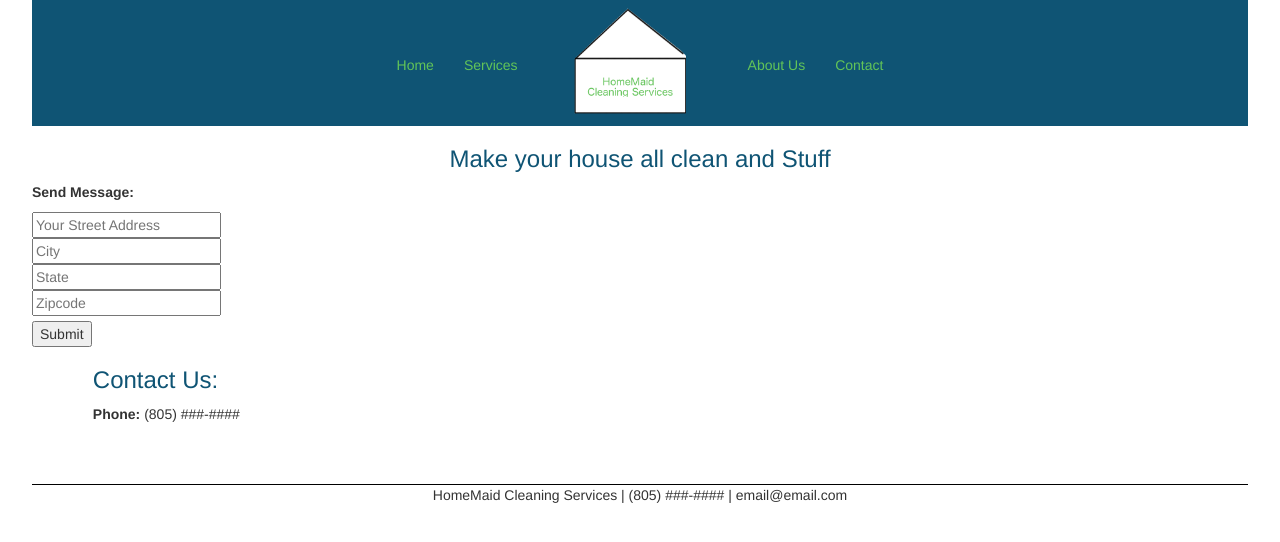
Repository: alprusa/HomeMaid-Cleaning-Service
Page: HomeMaid-Cleaning-Service/contact/index.html
These files come from the project's save history. The page is drawn as it stood at one moment and after the next save; the edit follows.
The browser window is 1280 px wide. The pictures show the whole page.

Above is the page before, as saved 2016-07-11 04:06:33.

### HomeMaid-Cleaning-Service/contact/index.html
<!DOCTYPE html>
<html lang="en">
	<head>
		<meta charset="utf-8">

		<!-- Always force latest IE rendering engine (even in intranet) & Chrome Frame
		Remove this if you use the .htaccess -->
		<meta http-equiv="X-UA-Compatible" content="IE=edge,chrome=1">

		<title>Contact</title>
		<meta name="description" content="">
		<meta name="author" content="Alisa Prusa">

		<meta name="viewport" content="width=device-width; initial-scale=1.0">

		<!-- Replace favicon.ico & apple-touch-icon.png in the root of your domain and delete these references -->
		<link rel="shortcut icon" href="/favicon.ico">
		<link rel="apple-touch-icon" href="/apple-touch-icon.png">

		<link href="../defaultStyle.css" rel="stylesheet" type="text/css">
		<link rel="stylesheet" href="../bootstrap/css/bootstrap.min.css">
	</head>

	<body>
		<div id="mainContainter">
			<!--Navbar html section-->
			<nav class="navbar navbar-static-top" role="navigation">
                <div class="container-fluid">
                	<div class="navbar-header">
                        <!--Button that is created for menu when screen size reaches a certain limit-->
                        <button type="button" class="navbar-toggle" data-toggle="collapse" data-target=".navbar-collapse">
                            <span class="icon-bar"></span>
                            <span class="icon-bar"></span>
                            <span class="icon-bar"></span>
                        </button>
       				 </div>

                    <!--Buttons to go to different pages of the website-->
                    <div class="collapse navbar-collapse" id="navItems">
                        <ul class="nav navbar-nav">
                            <li class="navTabs"><a href="../">Home</a></li>
							<li class="navTabs"><a href="../services/">Services</a></li>
							<li>
								<div class="navbar-header">
                        			<!--Logo image button to go make to main page-->
                       				 <a href="../"><img src="../img/TempLogo.png" class="img-responsive" id="logo"/></a>
                       				 <!--<form action="#">
										 <button type="submit" id="appointment" href="#">Make an Appointment</button>
									 </form>-->
                   				 </div>
	                        </li>
							<li class="navTabs"><a href="../about/">About Us</a></li>
							<li class="navTabs"><a href="../contact/">Contact</a></li>
                        </ul>
                    </div>
                </div>
			</nav>

			<div id="bodyContent">
				<h3 style="text-align: center;">Make your house all clean and Stuff</h3>

				<form>
	 				<p><b>Send Message:</b></p>
					<input type="text" name="StreetAddress" id="StreetAddress" placeholder="Your Street Address" required><br>
					<input type="text" name="City" id="City" placeholder="City" required><br>
					<input type="text" name="State" id="State" placeholder="State" required><br>
					<input type="text" name="Zipcode" id="Zipcode" placeholder="Zipcode" required><br>
					<input id="submitButton" class="gVButton" type="submit" value="Submit" style="margin-top: 5px;" onclick="calcRoute();">
					<p style="color: #E82C0C;" id="errorText" class="hidden">Sorry there was an issue sending your message.</p>
	 			</form>

		        <div class="infoSection">
			        <h3>Contact Us:</h3>
			        <p><b>Phone: </b>(805) ###-####</p>
		        </div>
			</div>

			<footer>
				<p>
					HomeMaid Cleaning Services | (805) ###-#### | email@email.com
				</p>
			</footer>
		</div>

		<script src="../jquery-1.2.0.js"></script>
    	<script src="../bootstrap/js/bootstrap.min.js"></script>
	</body>
</html>

### HomeMaid-Cleaning-Service/defaultStyle.css
#mainContainter{
	width: 95%;
	margin: auto;
}

a{
	color: #62c458 !important;
}

mark{
	color:#62C458 !important;
	background-color: #0F5474 !important;
}

mark:hover{
	color:#0F5474 !important;
	background-color: #62C458 !important;
	text-decoration: underline;
}

h3{
	color: #0f5474 !important;
}

.navbar{
    background-color: #0f5474 !important;
    text-align: center;
    float:center;
}

.navbar .navbar-nav {
  display: inline-block;
  float: none;
  vertical-align: top;
}

.navbar .navbar-collapse {
  text-align: center;
}

.navbar .navbar-toggle .icon-bar{
  background-color: #62c458 !important;
}

.navbar .navbar-toggle{
  border-color: #62c458 !important;
}

/*make it so the logo home page button does not have the hover effect that the other buttons have*/
a:hover,
a:focus{
    text-decoration: underline !important;
	color:#0f5474 !important;
	text-decoration-color:#0f5474 !important;
}

.navTabs{
	padding-top: 40px;
}

#logo{
	margin: auto;
    width:200px;
}

#appointment{
	border-radius:2px;
	background-color: #62C458 !important;
	color:#0f5474 !important;
}

#bodyContent{
	margin: auto;
	float: center;
}

#videoContainer{
	margin: auto;
	float: center;
}

#mainVid{
	margin: auto;
	width: 600px;
	float: center;
}

.infoSection{
	width: 90%;
	margin: auto;
	padding-bottom: 50px;
}

.infoImg{
	width: 200px;
	height: 100px;
	margin: auto;
	border: 2px #62C458 solid;
	margin-top: 5px;
}

footer{
	border-top: 1px black solid;
	text-align: center;
}

@media screen and (orientation:portrait)
{
	.navTabs{
		padding: 0;
	}
}

Loaded but not shown: HomeMaid-Cleaning-Service/bootstrap/css/bootstrap.min.css (library); HomeMaid-Cleaning-Service/jquery-1.2.0.js (library); HomeMaid-Cleaning-Service/bootstrap/js/bootstrap.min.js (library)

After the next save:
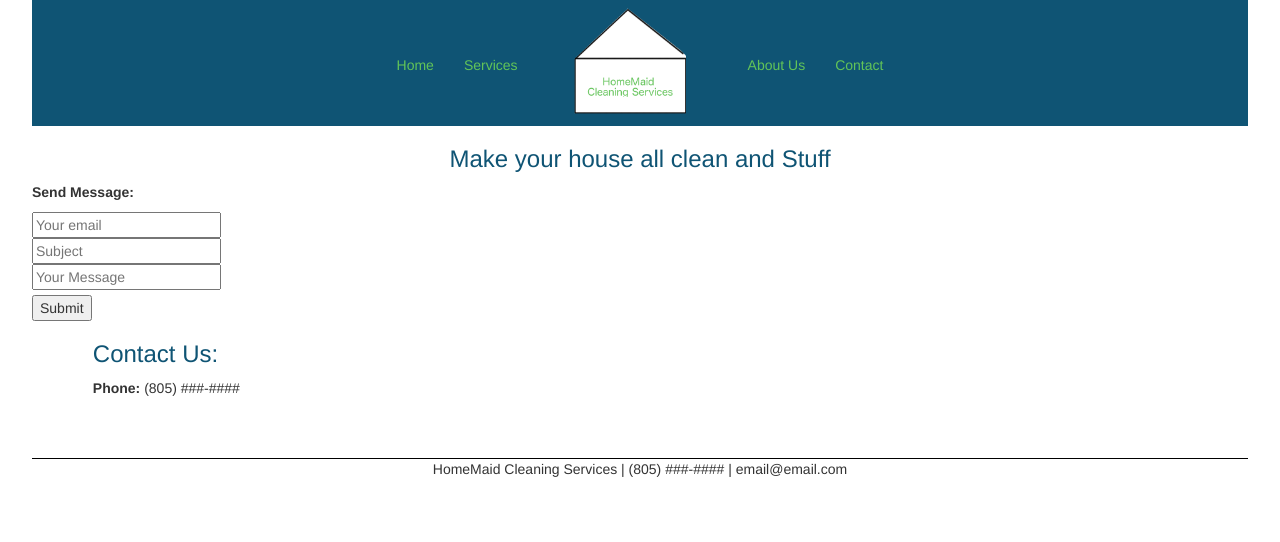
Saved 61 s later.
--- a/HomeMaid-Cleaning-Service/contact/index.html
+++ b/HomeMaid-Cleaning-Service/contact/index.html
@@ -61,10 +61,9 @@
 
 				<form>
 	 				<p><b>Send Message:</b></p>
-					<input type="text" name="StreetAddress" id="StreetAddress" placeholder="Your Street Address" required><br>
-					<input type="text" name="City" id="City" placeholder="City" required><br>
-					<input type="text" name="State" id="State" placeholder="State" required><br>
-					<input type="text" name="Zipcode" id="Zipcode" placeholder="Zipcode" required><br>
+					<input type="text" name="email" id="email" placeholder="Your email" required><br>
+					<input type="text" name="Subject" id="Subject" placeholder="Subject" required><br>
+					<input type="text" name="Message" id="Message" placeholder="Your Message" required><br>
 					<input id="submitButton" class="gVButton" type="submit" value="Submit" style="margin-top: 5px;" onclick="calcRoute();">
 					<p style="color: #E82C0C;" id="errorText" class="hidden">Sorry there was an issue sending your message.</p>
 	 			</form>
